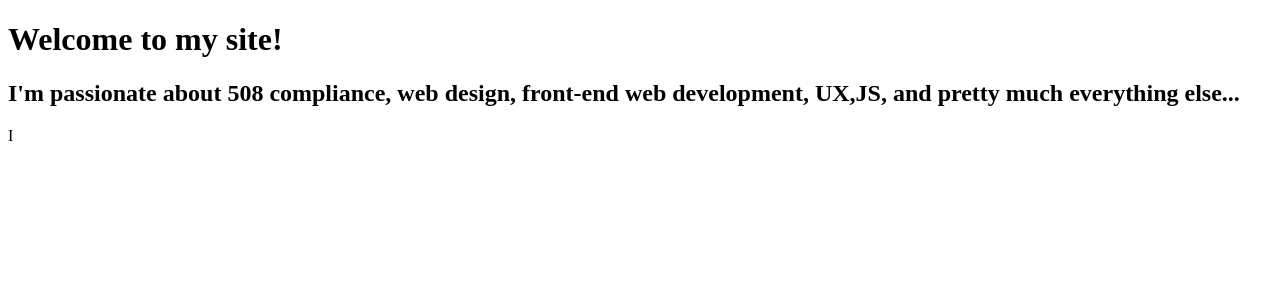
Repository: jasvr/jasvr.io
Page: index.html
These files come from the project's save history. The page is drawn as it stood at one moment and after a run of saves; the edit follows.
The browser window is 1280 px wide. The pictures show the whole page.

Above is the page before, as saved 2020-01-09 11:38:24.

### index.html
<!DOCTYPE html>
<html lang="en">
<head>
    <meta charset="UTF-8">
    <meta name="viewport" content="width=device-width, initial-scale=1.0">
    <meta http-equiv="X-UA-Compatible" content="ie=edge">
    <title>Jasmin Vargas</title>
    <link href="" type="text/css" rel="stylesheet">
</head>
<body>
    <h1>Welcome to my site!</h1>
    <h2>I'm passionate about 508 compliance, web design, front-end web development, UX,JS, and pretty much everything else...</h2>I
</body>
</html>

### style.css
body{
color:magenta;
}

After the next 2 saves:
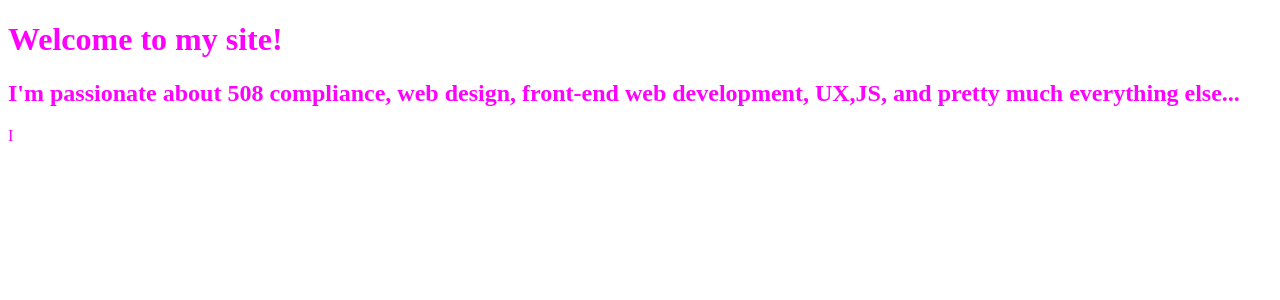
The 2 saves are shown as one change because they came seconds apart.
The last was saved 13 s later.
--- a/index.html
+++ b/index.html
@@ -5,7 +5,7 @@
     <meta name="viewport" content="width=device-width, initial-scale=1.0">
     <meta http-equiv="X-UA-Compatible" content="ie=edge">
     <title>Jasmin Vargas</title>
-    <link href="" type="text/css" rel="stylesheet">
+    <link href="style.css" type="text/css" rel="stylesheet">
 </head>
 <body>
     <h1>Welcome to my site!</h1>
